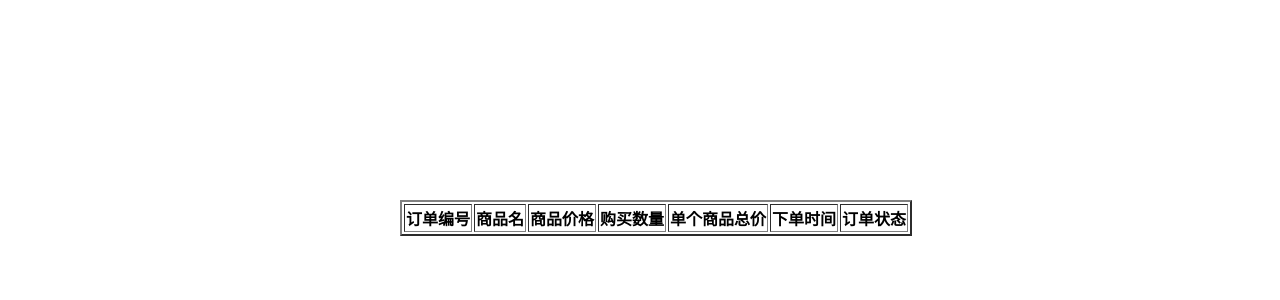
Repository: Gale-student/Gale-student.github.io
Page: http://localhost/weshop/OrdersDetailQueryAllServlet
An editor plug-in stored every save of this project. The page is shown before and after the next save, followed by the edit.
The browser window is 1280 px wide. The pictures show the whole page.
The page is served by Tomcat 9. Queries for data that is not in the repository find no rows.

Above is the page before, as saved 2022-10-04 08:56:30.

After the next save:
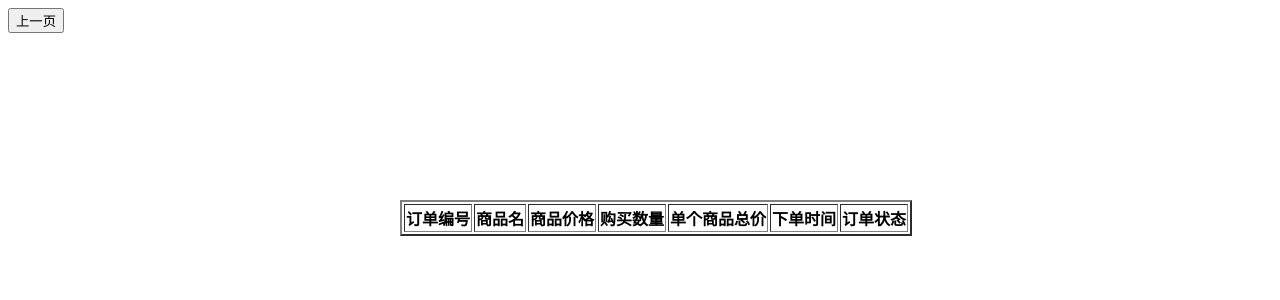
Saved 112 s later.
--- a/WeShop/weshop/WebRoot/WEB-INF/jsp/OrdersQueryOfUser.jsp
+++ b/WeShop/weshop/WebRoot/WEB-INF/jsp/OrdersQueryOfUser.jsp
@@ -48,5 +48,8 @@ String basePath = request.getScheme()+"://"+request.getServerName()+":"+request.
        </tr>
        <%} %>
     </table>
+    <form action="" method="post">
+       <input type="submit" value="上一页">
+    </form>
   </body>
 </html>
